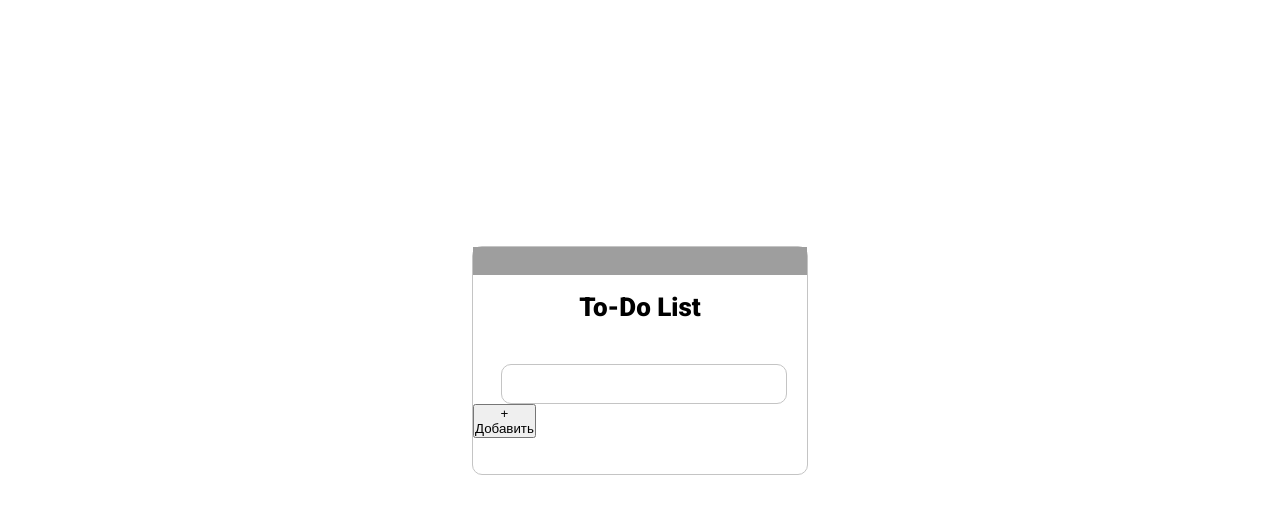
Repository: NatiqSamiyev/To-do-List-js
Page: insex.html
An editor plug-in stored every save of this project. The page is shown before and after the next save, followed by the edit.
The browser window is 1280 px wide. The pictures show the whole page.
Pictures or frames that could not be fetched are drawn as grey boxes. Some web fonts or font styles are not loaded; a fallback is used.

Above is the page before, as saved 2023-10-31 11:43:38.

After the next save:
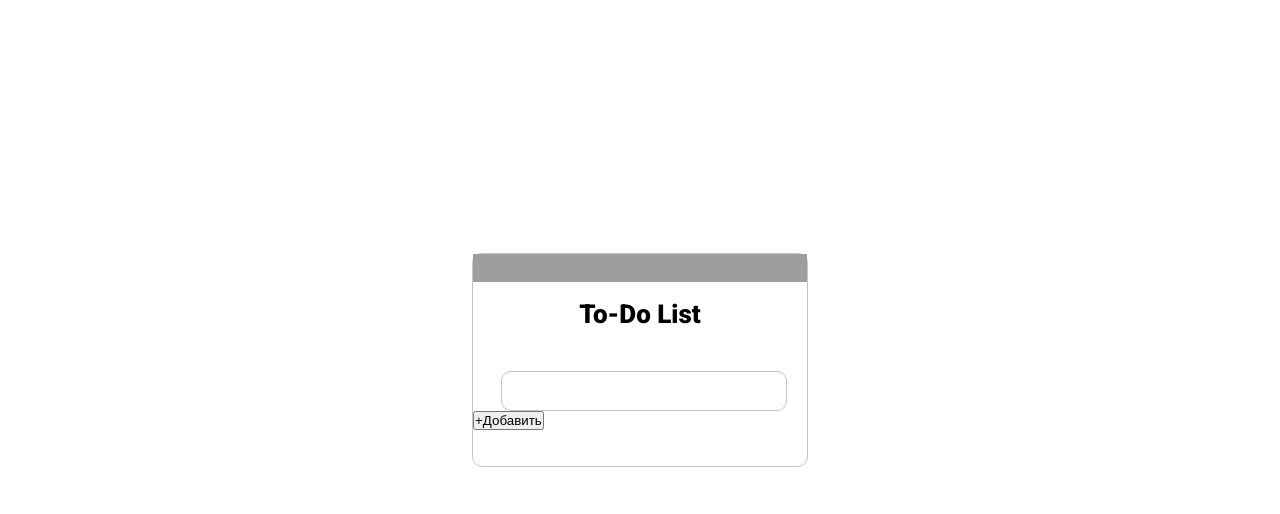
Saved 32 s later.
--- a/index.css
+++ b/index.css
@@ -135,3 +135,8 @@ ul li img{
 height: 20px;
 
 }
+
+
+button{
+  display: flex;
+}
